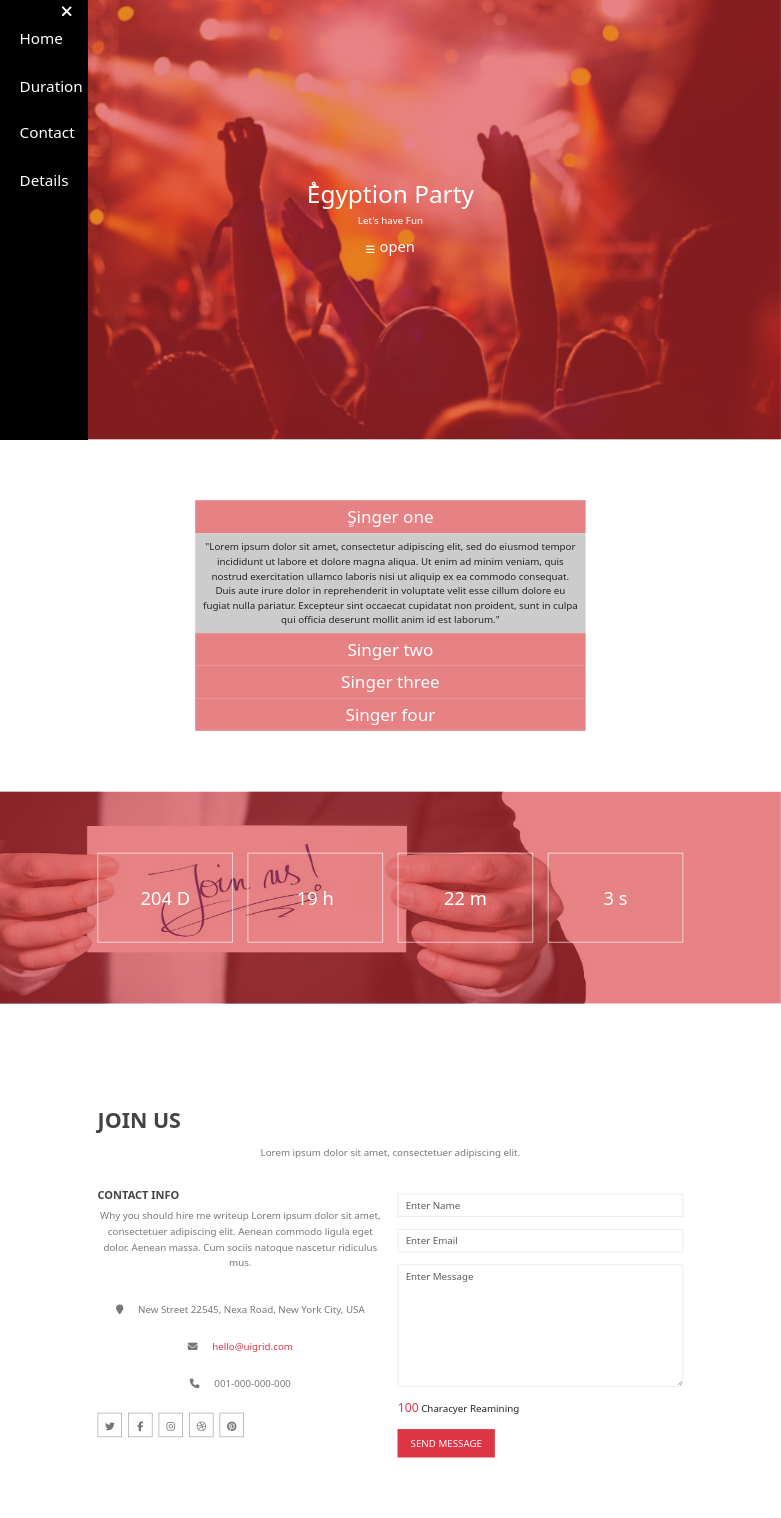
Repository: HagarYousry/jQuery
Page: index.html
These files come from the project's save history. The page is drawn as it stood at one moment and after a run of saves; the edit follows.
The browser window is 1280 px wide. The pictures show the whole page, at 61% of full size.

Above is the page before, as saved 2024-07-25 18:28:56.

### index.html
<!DOCTYPE html>
<html lang="en">

<head>
    <meta charset="UTF-8">
    <meta name="viewport" content="width=device-width, initial-scale=1.0">
    <title>Egyption party</title>
    <!-- web fonts  -->
    <link rel="stylesheet" href="css/all.min.css">
    <!-- bootstrap -->
    <link rel="stylesheet" href="css/bootstrap.min.css">
    <!-- main css -->
    <link rel="stylesheet" href="css/main.css">
</head>

<body>
    <div id="home">

            <div id="sideNav" class="bg-black py-3">
                    <a class="p-0 closeIcon">
                        <i class="fa-solid fa-xmark "></i>
                    </a>
                     <a class="sideNav-link mt-2" href="#home">Home</a>
                     <a class="sideNav-link" href="#Acordion">Duration</a>
                     <a class="sideNav-link" href="#contact">Contact</a>
                     <a class="sideNav-link" href="#count">Details</a>
            </div>

            <div class="home-title d-flex justify-content-center align-items-center flex-column vh-100 text-white">
                <h1>ُEgyption Party</h1>
                <p>Let's have Fun</p>
                <span class="d-flex align-items-center">
                    <i class=" fa-solid fa-bars"></i>
                    <h4 class="ms-2">open</h4>
                </span>
            </div>


    </div>










    <!-- ! start sideNav section -->
    <!-- <section id="sideNav">
        <div class="navAnchor bg-black">
            <ul>
                <li class="p-0 closeIcon">
                    <i class="fa-solid fa-xmark "></i>
                </li>
                 <li ><a class="sideNav-link" href="#home">Home</a></li>
                 <li ><a class="sideNav-link" href="#Acordion">Duration</a></li>
                 <li ><a class="sideNav-link" href="#contact">Contact</a></li>
                 <li ><a class="sideNav-link" href="#count">Details</a></li>
            </ul>
        </div>

        <div class="navIcon align-self-center bg-danger bg-opacity-50 m-1 text-white p-2">
            <div class="navIcon-content d-flex align-items-center">
                <i class="fa-solid fa-bars"></i>
                <h4 class="ms-2">open</h4>
            </div>
        </div>
    </section> -->
    <!--! end sideNav section -->

    <!--! start header section  -->
    <!-- <header id="home" class="d-flex justify-content-center align-items-center flex-column">
        <div class="home-content text-center text-white">
            <h1>ُEgyption Party</h1>
            <p>Let's have Fun</p>
        </div>
    </header> -->
    <!--! end header section  -->

    <!-- start Acordion section  -->
    <section id="Acordion" class="text-center">

        <div class="container-fluid w-50 ">
            <h3 class="toggle ">ٍSinger one</h3>
            <div class="inner first">"Lorem ipsum dolor sit amet, consectetur adipiscing elit, sed do eiusmod tempor
                incididunt ut labore et dolore magna aliqua. Ut enim ad minim veniam, quis nostrud exercitation ullamco
                laboris nisi ut aliquip ex ea commodo consequat. Duis aute irure dolor in reprehenderit in voluptate
                velit
                esse cillum dolore eu fugiat nulla pariatur. Excepteur sint occaecat cupidatat non proident, sunt in
                culpa
                qui officia deserunt mollit anim id est laborum."
            </div>


            <h3 class="toggle">Singer two</h3>
            <div class="inner">"Sed ut perspiciatis unde omnis iste natus error sit voluptatem accusantium doloremque
                laudantium, totam rem aperiam, eaque ipsa quae ab illo inventore veritatis et quasi architecto beatae
                vitae
                dicta sunt explicabo. Nemo enim ipsam voluptatem quia voluptas sit aspernatur aut odit aut fugit, sed
                quia
                consequuntur magni dolores eos qui ratione voluptatem sequi nesciunt. Neque porro quisquam est, qui
                dolorem
                ipsum quia dolor sit amet, consectetur, adipisci velit, sed quia non numquam eius modi tempora incidunt
                ut
                labore et dolore magnam aliquam quaerat voluptatem. Ut enim ad minima veniam, quis nostrum
                exercitationem
                ullam corporis suscipit laboriosam, nisi ut aliquid ex ea commodi consequatur? Quis autem vel eum iure
                reprehenderit qui in ea voluptate velit esse quam nihil molestiae consequatur, vel illum qui dolorem eum
                fugiat quo voluptas nulla pariatur?"
            </div>


            <h3 class="toggle">Singer three</h3>
            <div class="inner">"But I must explain to you how all this mistaken idea of denouncing pleasure and praising
                pain was born and I will give you a complete account of the system, and expound the actual teachings of
                the
                great explorer of the truth, the master-builder of human happiness. No one rejects, dislikes, or avoids
                pleasure itself, because it is pleasure, but because those who do not know how to pursue pleasure
                rationally
                encounter consequences that are extremely painful. Nor again is there anyone who loves or pursues or
                desires
                to obtain pain of itself, because it is pain, but because occasionally circumstances occur in which toil
                and
                pain can procure him some great pleasure. To take a trivial example, which of us ever undertakes
                laborious
                physical exercise, except to obtain some advantage from it? But who has any right to find fault with a
                man
                who chooses to enjoy a pleasure that has no annoying consequences, or one who avoids a pain that
                produces no
                resultant pleasure?"
            </div>


            <h3 class="toggle">Singer four</h3>
            <div class="inner">"At vero eos et accusamus et iusto odio dignissimos ducimus qui blanditiis praesentium
                voluptatum deleniti atque corrupti quos dolores et quas molestias excepturi sint occaecati cupiditate
                non
                provident, similique sunt in culpa qui officia deserunt mollitia animi, id est laborum et dolorum fuga.
                Et
                harum quidem rerum facilis est et expedita distinctio. Nam libero tempore, cum soluta nobis est eligendi
                optio cumque nihil impedit quo minus id quod maxime placeat facere possimus, omnis voluptas assumenda
                est,
                omnis dolor repellendus. Temporibus autem quibusdam et aut officiis debitis aut rerum necessitatibus
                saepe
                eveniet ut et voluptates repudiandae sint et molestiae non recusandae. Itaque earum rerum hic tenetur a
                sapiente delectus, ut aut reiciendis voluptatibus maiores alias consequatur aut perferendis doloribus
                asperiores repellat."

            </div>

        </div>
    </section>
    <!-- end Acordion section  -->

    <!-- start count section  -->
    <section id="count">
        <div class="container-fluid w-75 text-center text-white">
            <div class="row">
                <div class="col-md-3">
                    <div class="time">
                        <span class="days">00</span>
                    </div>
                </div>

                <div class="col-md-3">
                    <div class="time">
                        <span class="hours">00</span>
                    </div>
                </div>

                <div class="col-md-3">
                    <div class="time">
                        <span class="minutes">00</span>
                    </div>
                </div>

                <div class="col-md-3">
                    <div class="time">
                        <span class="seconds">00</span>
                    </div>
                </div>

            </div>
        </div>
    </section>
    <!-- end count section  -->

    <!-- start contact-us section  -->
    <section id="contact">
        <div class="container-fluid w-75">
            <div class="head">
                <h2 class="text-uppercase fw-bold">Join Us</h2>
                <p class="text-center">Lorem ipsum dolor sit amet, consectetuer adipiscing elit.</p>
            </div>
            <div class="row mt-5">
                <div class="col-md-6">
                    <div class="col-info">
                        <h3 class="text-uppercase">CONTACT INFO</h3>
                        <p class="text-center">Why you should hire me writeup Lorem ipsum dolor sit amet, consectetuer
                            adipiscing elit.
                            Aenean commodo ligula eget dolor. Aenean massa. Cum sociis natoque nascetur ridiculus mus.
                        </p>

                        <div class="icons text-center">
                            <p><i class="fa fa-map-marker"></i> New Street 22545, Nexa Road, New York City, USA</p>

                            <p class="text-danger"><i class="fa fa-envelope"></i> hello@uigrid.com</p>
                            <p><i class="fa fa-phone"></i> 001-000-000-000</p>
                        </div>

                        <div class="social d-flex align-items-center">

                            <i class="fab fa-twitter fa-fw"></i>
                            <i class="fab fa-facebook-f fa-fw"></i>
                            <i class="fab fa-instagram fa-fw"></i>
                            <i class="fab fa-dribbble fa-fw"></i>
                            <i class="fab fa-pinterest fa-fw"></i>

                        </div>
                    </div>
                </div>

                <div class="col-md-6">
                    <form>

                        <input class="form-control mt-2" type="text" placeholder="Enter Name">
                        <input class="form-control" type="email" placeholder="Enter Email">
                        <textarea class="form-control " placeholder="Enter Message"></textarea>
                        <span id="chars" class="text-danger">100</span> Characyer Reamining
                        <button class="btn btn-danger text-uppercase">Send Message</button>

                    </form>
                </div>
            </div>
        </div>
    </section>
    <!-- end contact-us section  -->


    <!-- jquery  -->
    <script src="js/jquery-3.7.1.min.js"></script>
    <!-- index js  -->
    <script src="js/index.js"></script>


</body>

</html>

### css/main.css
#home{
    height: 100vh;
    background-image: linear-gradient(rgba(214, 46, 51, 0.6), rgba(214, 46, 51, 0.6)),
        url(../imgs/events-heavenly-header.jpg);
    background-position: center;
    background-size: cover;
    background-repeat: no-repeat;
}

#sideNav {
    position: fixed;
    top: 0;
    bottom: 0;
    left: 0;
    display: flex;
    flex-direction: column;
    z-index: 9999;
}

#sideNav a{
    padding: 20px 8px 20px 32px;
    text-decoration: none;
    font-size: 25px;
    color: #818181;
    display: block;
    transition: 0.3s;
    color: white;
}

.closeIcon {
    position: absolute;
    top: 0;
    right: 25px;
    font-size: 26px;
    margin-left: 50px;
    color: white;
    padding-bottom: 10px;
}




/* #sideNav {
    position: fixed;
    top: 0;
    bottom: 0;
    left: 0;
    display: flex;
    z-index: 9999;
}

#sideNav .navAnchor {
    padding: 40px 0 0 0;
    position: relative;
}

#sideNav .navAnchor ul {
    padding: 0 20px 0 20px;
}

#sideNav .navAnchor ul li {
    padding: 25px;
    list-style: none;
    cursor: pointer;
}

#sideNav .navAnchor ul li:hover a {
    color: rgba(214, 46, 51, 0.4);
}

#sideNav .navAnchor ul li a {
    text-decoration: none;
    font-size: 25px;
    color: white;
    transition: 0.3s all;
}


.closeIcon {
    position: absolute;
    top: 0;
    right: 25px;
    font-size: 26px;
    margin-left: 50px;
    color: white;
}

.navIcon {
    border-radius: 20px 20px;
}

.navIcon i,
.navIcon h4 {
    font-size: 30px;
    cursor: pointer;
}

@media (max-width: 991.98px) {
    .navIcon {
        align-self: flex-start !important;
    }

    .navIcon .navIcon-content {
        flex-direction: column;
    }
}


header {
    height: 100vh;
    background-image: linear-gradient(rgba(214, 46, 51, 0.6), rgba(214, 46, 51, 0.6)),
        url(../imgs/events-heavenly-header.jpg);
    background-position: center;
    background-size: cover;
    background-repeat: no-repeat;
}

header h1 {
    font-size: 60px;
} */



/* start Acordion section  */
#Acordion {
    padding: 100px auto;
}

.toggle {
    background-color: rgba(214, 46, 51, 0.6);
    cursor: pointer;
    color: white;
    padding: 10px;
    margin: 0px;
}

.inner {
    background-color: rgb(204, 204, 204);
    display: none;
    padding: 10px;
}

#Acordion .first {
    display: block;
}

/* end Acordion section  */

/* start count section  */

#count {
    background-image: linear-gradient(rgba(214, 46, 51, 0.6), rgba(214, 46, 51, 0.6)), url(../imgs/invitation-2508607__340.jpg);
    background-repeat: no-repeat;
    background-position: center center;
    background-size: 100% 100%;
    position: relative;
}

.container-fluid {
    padding: 100px 0px;
}

.time {
    padding: 50px;
    border: 1px solid #FFF;
    font-weight: 500;
    font-size: 30px;
}

/* end count section  */

/* start contact-us section  */
#contact {
    margin-top: 70px;
}

#contact .head h2 {
    font-size: 35px;
    color: #444;
    margin-bottom: 20px;
}

#contact .head p {
    color: #777;
    font-weight: 300;
    font-size: 16px;
}

#contact .col-md-6 .col-info .icons {
    margin-top: 50px;
}

#contact .col-md-6 .col-info .icons p {
    margin-bottom: 35px;
}

#contact .col-md-6 .col-info h3 {
    color: #444;
    font-size: 18px;
    font-weight: 900;
}

#contact .col-md-6 .col-info p {
    font-size: 16px;
    line-height: 26px;
    color: #777;
}

#contact i {
    margin-right: 20px;
    color: #777;
}

#contact .col-md-6 .col-info .social i {
    margin-right: 10px;
    border: 1px solid #999;
    width: 40px;
    height: 40px;
    line-height: 42px;
    cursor: pointer;
    text-align: center;
    transition: 0.5s all;
}

#contact .col-md-6 .col-info .social i:hover {
    color: #fff;
    background-color: #D62E33;
    border: 1px solid #D62E33;
}

#contact .col-md-6 form input,
#contact .col-md-6 form textarea {
    margin-bottom: 20px;
    border-radius: 0;
}

#contact .col-md-6 form textarea {
    height: 200px;
    resize: vertical;
}

#contact .col-md-6 form button {
    padding: 10px 20px;
    border-radius: 0;
    margin-top: 20px;
    display: block;
}

#contact .col-md-6 form #chars {
    font-size: 20px;
}
/* end contact-us section  */

### js/index.js
/// <reference types="../@types/jquery"/>

// start sideNav section

const navAnchorwidth = $('.navAnchor').outerWidth(true);

// console.log(navAnchorwidth);

//! first: Close sideNav
$('#sideNav')
    .animate({ left: -navAnchorwidth }, 0);

let isOpen = false

//! second: on click "navIcon" ,toggle open & close sideNav
$('#sideNav .navIcon')
    .on('click', function () {
        let status;
        // = isOpen ? -navAnchorwidth : 0;
        if (isOpen) {
            status = -navAnchorwidth
            $('.home-content').animate({ marginLeft: 0 }, 1000)
        } else {
            status = 0
            $('.home-content').animate({ marginLeft: navAnchorwidth }, 1000)
        }
        isOpen = !isOpen;

        $(this).parent()
            .animate({ left: status }, 1000)

    })

//! closeIcon
$('.closeIcon')
    .on('click', function () {
        isOpen = !isOpen;
        $('#sideNav')
            .animate({ left: -navAnchorwidth }, 1000);
        $('.home-content').animate({ marginLeft: 0 }, 1000)
    })


//! scroll to sections
$('.sideNav-link[href^="#"]')
    .on('click', function () {
        const sectionId = $(this).attr('href');
        // console.log(section);
        //! get section top
        const sectionTop = $(sectionId).offset().top;
        // console.log(top);
        $('html , body')
            .animate({ scrollTop: sectionTop }, 2000)
    })

// end sideNav section

// start Acordion section
//! slideToggle effect
$('#Acordion .toggle').on('click', function () {
    //! slide up all inner except the one i clicked on
    $('.inner').not($(this).next()).slideUp(500);
    //! slide toggle
    $(this).next().slideToggle(500);
});
// end Acordion section

//start count section
$(window).on('load', function () {
    countDownTime("24 january 2025 00:00:00");
})


function countDownTime(countTo) {

    //! get countTo date
    let futureDate = new Date(countTo);
    futureDate = (futureDate.getTime() / 1000);
    // console.log(futureDate);

    //! get current date
    let now = new Date();
    // console.log(now);
    now = (now.getTime() / 1000);

    //! get the difference between current date and countTo date by sec
    timeDifference = (futureDate - now);

    //?(24 * 60 * 60) ==> num. of sec in day ==> 86400
    let days = Math.floor(timeDifference / 86400);
    let hours = Math.floor((timeDifference - (days * 86400)) / 3600);
    let mins = Math.floor((timeDifference - (days * 86400) - (hours * 3600)) / 60);
    let secs = Math.floor((timeDifference - (days * 86400) - (hours * 3600) - (mins * 60)))


    $(".days").html(`${days} D`);
    $(".hours").html(`${hours} h`);
    $(".minutes").html(`${mins} m`);
    $('.seconds').html(`${secs} s`)

    //! Repeating the Countdown Every Second
    setInterval(function () {
        countDownTime(countTo);
    }, 1000);
}
//end count section

//start contact-us section
let maxLength = 100;
$('textarea').on('keyup', function () {
    //! val as getter ==> lenght
    let length = $(this).val().length;
    // console.log(length);
    let AmountLeft = maxLength - length;
    console.log(AmountLeft);
    if (AmountLeft <= 0) {
        $("#chars").text("your available characters finished");
    }
    else {
        $("#chars").text(AmountLeft);
    }
});
//end contact-us section

Loaded but not shown: css/all.min.css (library); css/bootstrap.min.css (library); js/jquery-3.7.1.min.js (library)

After the next 2 saves:
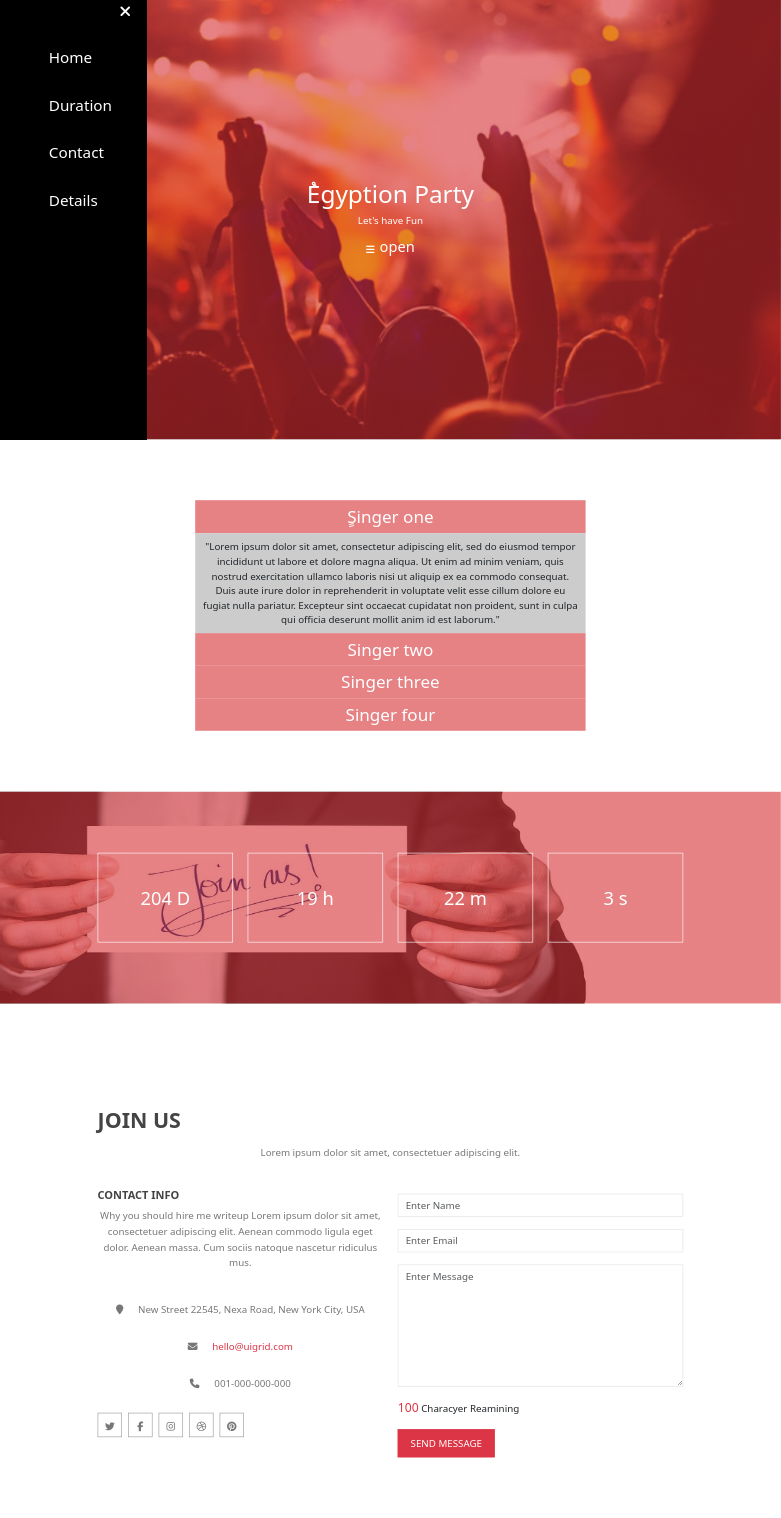
The 2 saves are shown as one change because they came seconds apart.
The last was saved 48 min 40 s later.
--- a/index.html
+++ b/index.html
@@ -16,7 +16,7 @@
 <body>
     <div id="home">
 
-            <div id="sideNav" class="bg-black py-3">
+            <div id="sideNav" class="bg-black p-5">
                     <a class="p-0 closeIcon">
                         <i class="fa-solid fa-xmark "></i>
                     </a>
